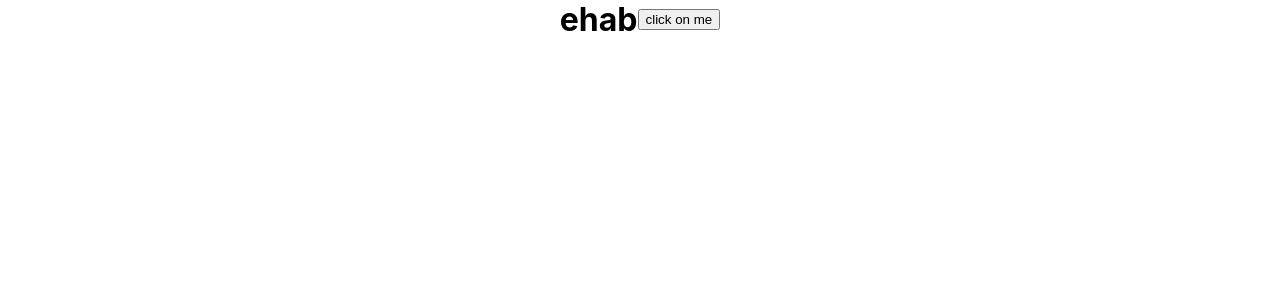
Repository: ehabmelhem/Demotweet-app
Page: /
The author's editor kept a copy of each file at every save. The page is drawn from the files as they stood at one save, then again after the next save.
The browser window is 1280 px wide. The pictures show the whole page.
The project was rebuilt for these pictures with package versions that can differ from the ones it lists, and the page was loaded fresh each time.

Above is the page before, as saved 2021-01-22 20:13:29.

### src/index.js
import React from "react";
import ReactDOM from "react-dom";
import "./index.css";
import Good from "./App";
import reportWebVitals from "./reportWebVitals";

ReactDOM.render(
  <React.StrictMode>
    <Good />
  </React.StrictMode>,
  document.getElementById("root")
);

// If you want to start measuring performance in your app, pass a function
// to log results (for example: reportWebVitals(console.log))
// or send to an analytics endpoint. Learn more: https://bit.ly/CRA-vitals
reportWebVitals();

### src/App.js
import { useState } from "react";
import "./App.css";

export default function Good() {
  const [h1_value, setHvalue] = useState("ehab");
  const handel_click = () => {
    if (h1_value === "ehab") setHvalue("melhem");
    else setHvalue("ehab");
  };
  return (
    <div className="app">
      <h1>{h1_value}</h1>
      <button onClick={handel_click}>click on me</button>
    </div>
  );
}

### src/App.css
.app {
  width: fit-content;
  margin: 0 auto;
  display: flex;
  align-items: center;
}

Loaded but not shown: public/index.html (common file); src/index.css (common file); src/reportWebVitals.js (common file)

After the next save:
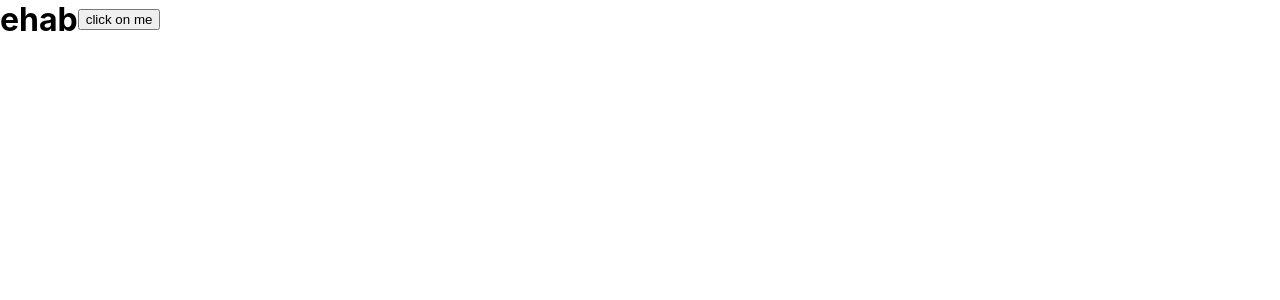
Saved 9 s later.
--- a/src/App.css
+++ b/src/App.css
@@ -1,6 +1,6 @@
 .app {
-  width: fit-content;
-  margin: 0 auto;
+  /* width: fit-content; */
+  /* margin: 0 auto; */
   display: flex;
   align-items: center;
 }
